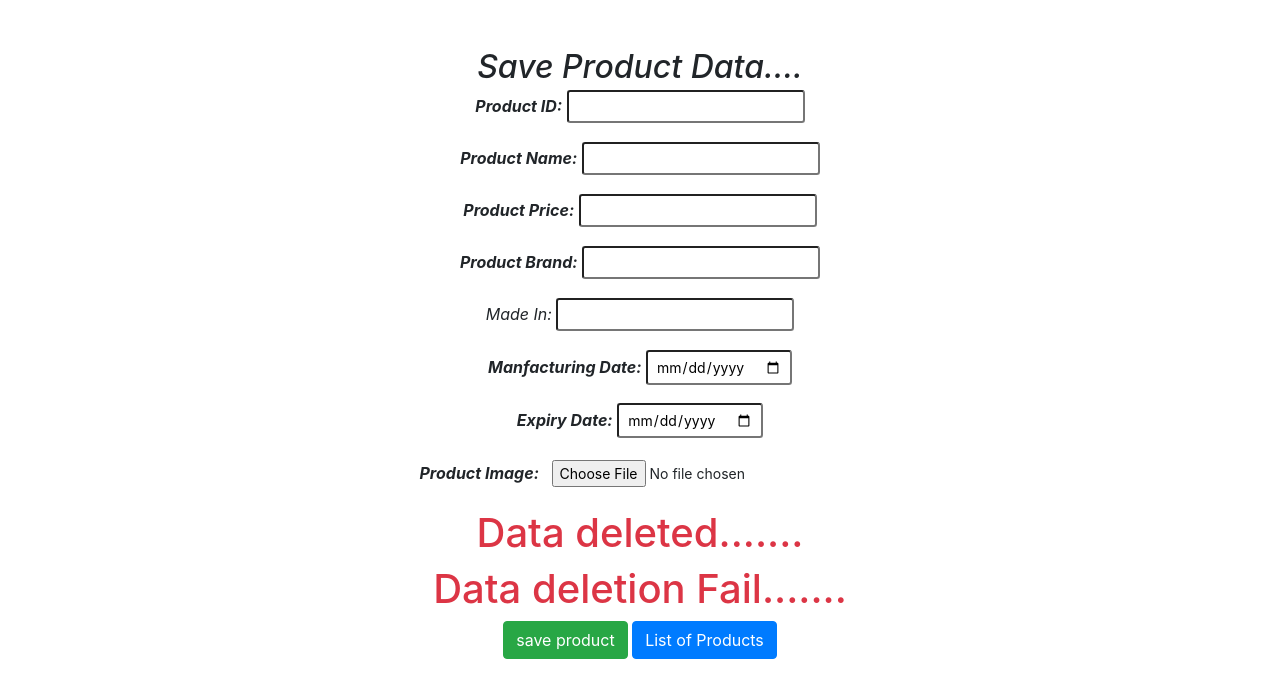
Repository: kamisettiprasanna/AdvJavaPrograms
Page: ProductManagementApp/src/main/webapp/app-product.html
The author's editor kept a copy of each file at every save. The page is drawn from the files as they stood at one save, then again after the next save.
The browser window is 1280 px wide. The pictures show the whole page.

Above is the page before, as saved 2024-03-06 11:53:49.

### ProductManagementApp/src/main/webapp/app-product.html
<!DOCTYPE html>
<html>
<head>
    <title>Add Product</title>
    <!-- BootStrap CDN link to get the support of BootStrap -->
    <link rel="stylesheet"
     href="https://cdn.jsdelivr.net/npm/bootstrap@4.0.0/dist/css/bootstrap.min.css">

         <!-- This is  java Script validation  code location -->
         <script src="formvalidation.js"></script>
</head>
<body>
    <div class="container mt-5 text-center">
        <h2 class="text-center font-italic mb-1">Save Product Data....  </h2>

        <form method="post" action="./AddProductServlet" enctype="multipart/form-data" onsubmit="return validateForm()">


              <div class="form-group">
                  <label class="font-italic font-weight-bold" for="proId">Product ID: </label>
                  <input type="text" class="form-control-sm" id="proId" name="proId" required/>
               </div>


              <div class="form-group">
                  <label class="font-italic font-weight-bold" for="proName">Product Name: </label>
                  <input type="text" class="form-control-sm" id="proName" name="proName" required/>
               </div>


                <div class="form-group">
                  <label class="font-italic font-weight-bold" for="proPrice">Product Price: </label>
                  <input type="number" class="form-control-sm" id="proPrice" name="proPrice" required/>
               </div>


                <div class="form-group">
                  <label class="font-italic font-weight-bold" for="proBrand">Product Brand: </label>
                  <input type="text" class="form-control-sm" id="proBrand" name="proBrand" required/>
               </div>


                 <div class="form-group">
                  <label class="font-italic
" for="promadeIn">Made In: </label>
                  <input type="text" class="form-control-sm" id="promadeIn" name="promadeIn" required/>
               </div>


                  <div class="form-group">
                  <label class="font-italic font-weight-bold" for="promDate">Manfacturing Date: </label>
                  <input type="date" class="form-control-sm" id="promDate" name="promDate" required/>
               </div>



                 <div class="form-group">
                  <label class="font-italic font-weight-bold" for="proeDate">Expiry Date: </label>
                  <input type="date" class="form-control-sm" id="promeDate" name="promeDate" required/>
               </div>


                  <div class="form-group">
                  <label class="font-italic font-weight-bold" for="proImage">Product Image: </label>
                  <input type="file" class="form-control-sm" id="proImage" name="proImage"  accept="image/*" required/>
               </div>
              <div>
              <c:if test="${deleteResult==1}">
              <h1 class="text-danger text-center">Data deleted.......</h1>
              </c:if>

              <c:if test="${deleteResult==0}">
              <h1 class="text-danger text-center">Data deletion Fail.......</h1>
              </c:if>
              </div>

                  <div>
                  <input type="submit" class="btn btn-success" value="save product"/>
                  <a href="productList.jsp" class="btn btn-primary">List of Products</a>
               </div>

        </form>


    </div>
</body>
</html>

After the next save:
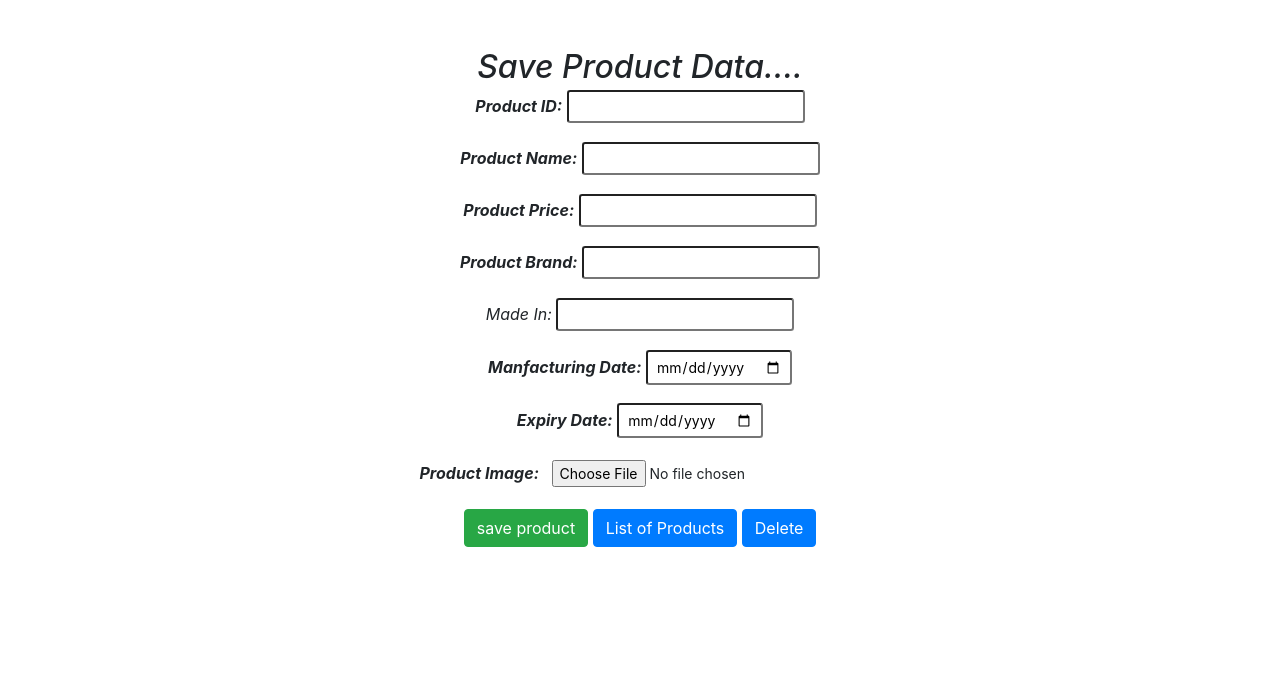
Saved 8 s later.
--- a/ProductManagementApp/src/main/webapp/app-product.html
+++ b/ProductManagementApp/src/main/webapp/app-product.html
@@ -64,19 +64,11 @@
                   <label class="font-italic font-weight-bold" for="proImage">Product Image: </label>
                   <input type="file" class="form-control-sm" id="proImage" name="proImage"  accept="image/*" required/>
                </div>
-              <div>
-              <c:if test="${deleteResult==1}">
-              <h1 class="text-danger text-center">Data deleted.......</h1>
-              </c:if>
-
-              <c:if test="${deleteResult==0}">
-              <h1 class="text-danger text-center">Data deletion Fail.......</h1>
-              </c:if>
-              </div>
 
                   <div>
                   <input type="submit" class="btn btn-success" value="save product"/>
                   <a href="productList.jsp" class="btn btn-primary">List of Products</a>
+                  <a class="btn btn-primary" href="./DeleteProductServlet?proId=${product.proId}">Delete</a>
                </div>
 
         </form>
